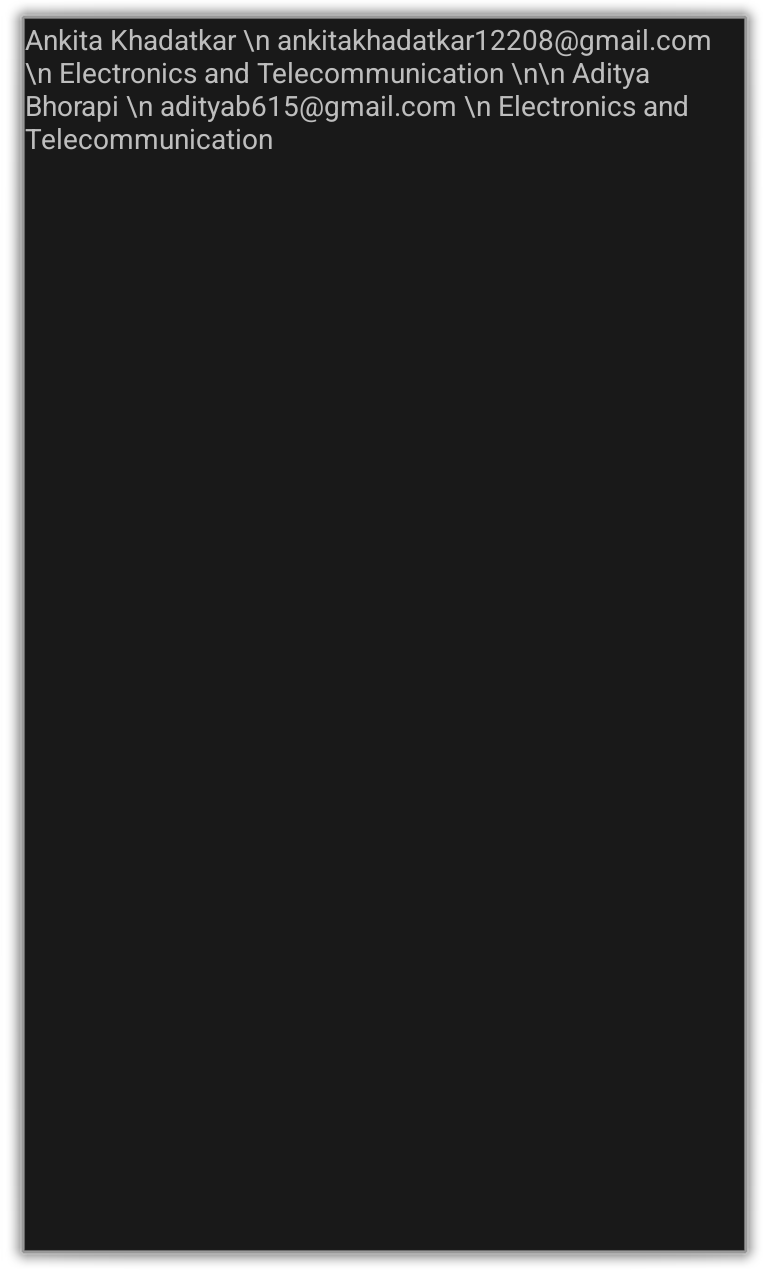
Repository: Attaphon1996/Engineering-Stuff
Layout: OSource/Android Play/Android_Projects/YASH15.0/res/layout/codeveloper.xml
The author's editor kept a copy of each file at every save. The layout is drawn from the files as they stood at one save, then again after the next save.
It is drawn on a 768 x 1280 px phone screen (xhdpi) without system bars, with theme android:Theme.Dialog; the app's code is not run.

Above is the layout before, as saved 2015-02-10 11:03:37.

### OSource/Android Play/Android_Projects/YASH15.0/res/layout/codeveloper.xml
<?xml version="1.0" encoding="utf-8"?>
<LinearLayout xmlns:android="http://schemas.android.com/apk/res/android"
    xmlns:tools="http://schemas.android.com/tools"
    android:layout_width="match_parent"
    android:layout_height="match_parent"
    android:orientation="vertical" >

    <TextView
        android:id="@+id/codeveloper"
        android:layout_width="wrap_content"
        android:layout_height="wrap_content"
        android:text="Ankita Khadatkar \n ankitakhadatkar12208@gmail.com \n Electronics and Telecommunication \n\n Aditya Bhorapi \n adityab615@gmail.com \n Electronics and Telecommunication"
        tools:ignore="HardcodedText" />

</LinearLayout>

After the next save:
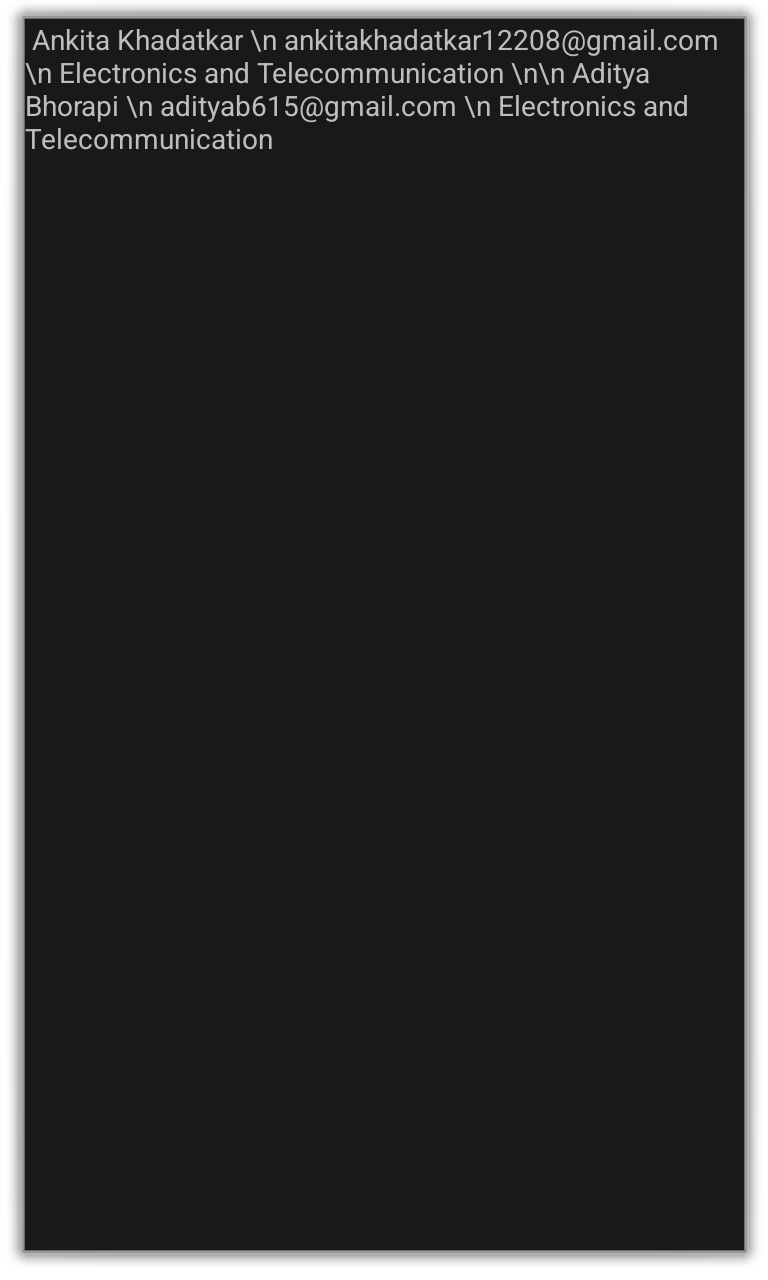
Saved 40 s later.
--- a/OSource/Android Play/Android_Projects/YASH15.0/res/layout/codeveloper.xml
+++ b/OSource/Android Play/Android_Projects/YASH15.0/res/layout/codeveloper.xml
@@ -9,7 +9,7 @@
         android:id="@+id/codeveloper"
         android:layout_width="wrap_content"
         android:layout_height="wrap_content"
-        android:text="Ankita Khadatkar \n ankitakhadatkar12208@gmail.com \n Electronics and Telecommunication \n\n Aditya Bhorapi \n adityab615@gmail.com \n Electronics and Telecommunication"
+        android:text=" Ankita Khadatkar \n ankitakhadatkar12208@gmail.com \n Electronics and Telecommunication \n\n Aditya Bhorapi \n adityab615@gmail.com \n Electronics and Telecommunication"
         tools:ignore="HardcodedText" />
 
 </LinearLayout>
